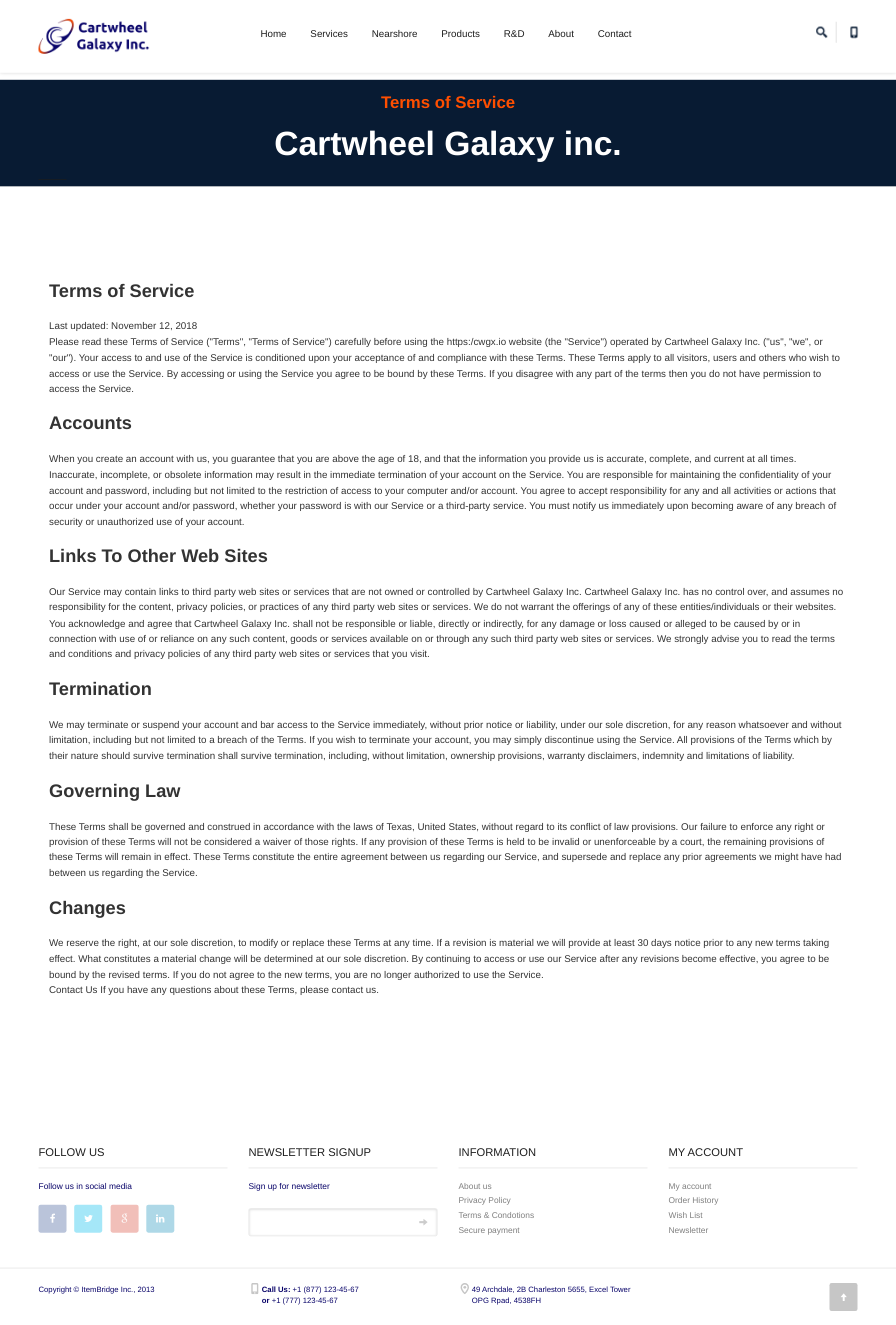
Repository: g-tecio/cwgx.io
Page: terms.html
The author's editor kept a record of every edit. The page is drawn from the files as they stood at one moment, then again after the next edit.
The browser window is 1280 px wide. The pictures show the whole page, at 70% of full size.

Above is the page before.

After the next edit:
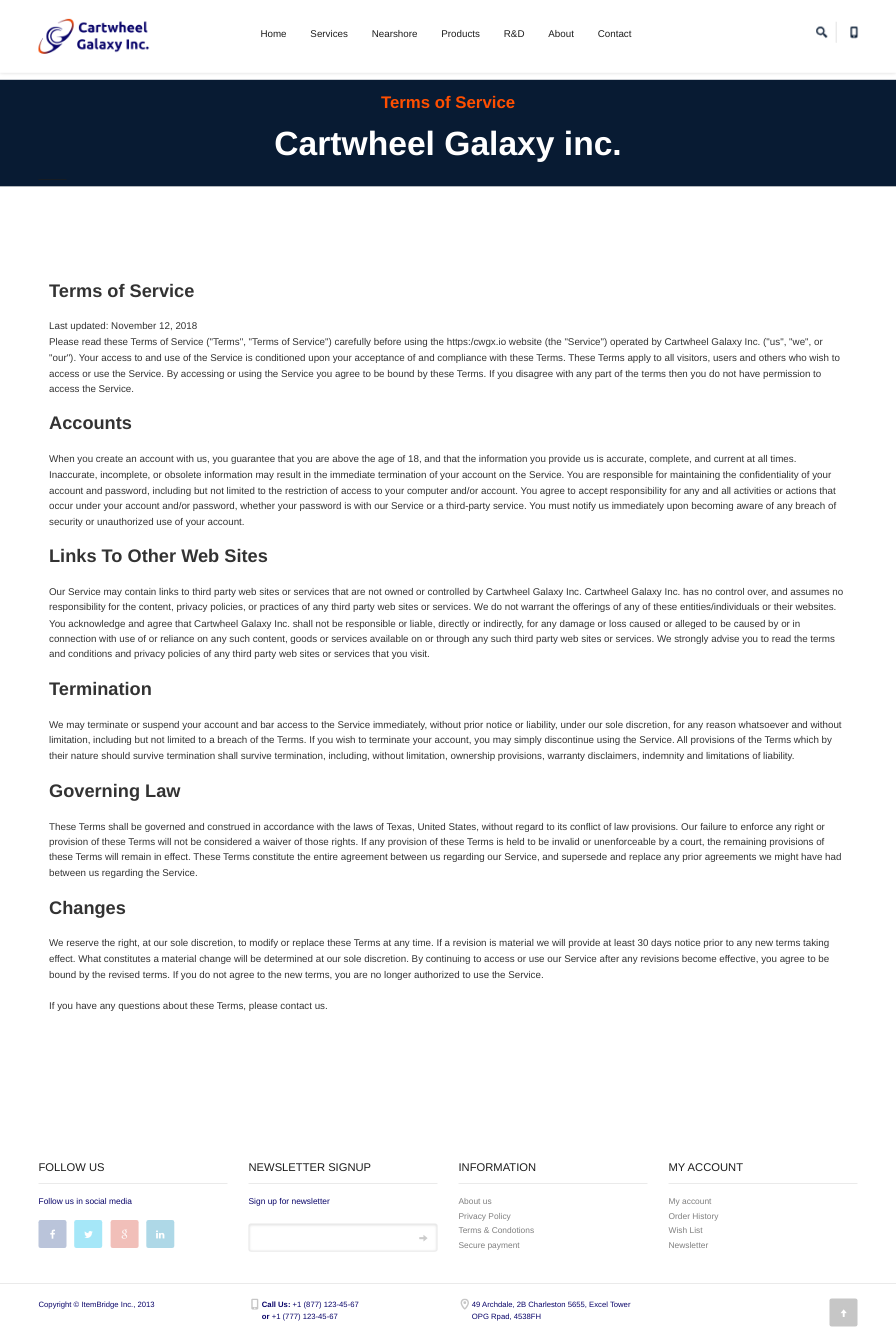
The edit:
--- a/terms.html
+++ b/terms.html
@@ -210,9 +210,9 @@
 By continuing to access or use our Service after any revisions become effective, you agree to be bound by the revised terms. If you do not agree to the new terms, you are no longer authorized to use the Service.
 
 </p>
-
-
-Contact Us
+<h4></h4>
+<p></p>
+
 If you have any questions about these Terms, please contact us.
 
 		</div>
